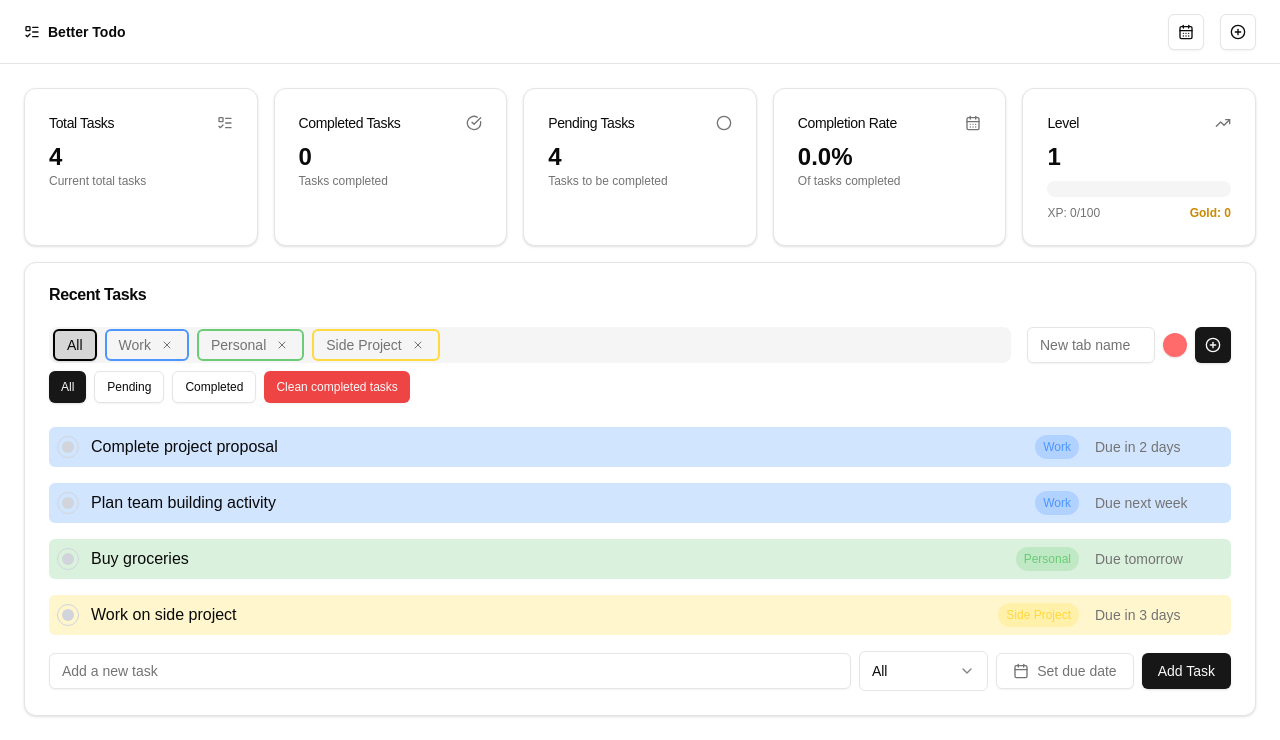
Repository: malikbarbier7/better-todo
Page: /dashboard
An editor plug-in stored every save of this project. The page is shown before and after the next save, followed by the edit.
The browser window is 1280 px wide. The pictures show the whole page.
The project was rebuilt for these pictures with package versions that can differ from the ones it lists, and the page was loaded fresh each time. The framework's server and built-in components were replaced by stand-ins that run in the browser. Also part of the build but not shown: next.config.js, next.config.mjs, components/ui/calendar.tsx.

Above is the page before, as saved 2024-10-04 14:47:21.

### app/dashboard/page.tsx
import { Dashboard } from '@/components/dashboard'

export default function DashboardPage() {
  return <Dashboard />
}

### components/dashboard.tsx
'use client'

import React from 'react'
import { Button } from "@/components/ui/button"
import { Card, CardContent, CardHeader, CardTitle } from "@/components/ui/card"
import { Input } from "@/components/ui/input"
import { Tabs, TabsContent, TabsList, TabsTrigger } from "@/components/ui/tabs"
import { CalendarDays, CheckCircle, Circle, ListTodo, PlusCircle, X, ChevronDown, TrendingUp, Calendar as CalendarIcon } from "lucide-react"
import { Progress } from "@/components/ui/progress"
import {
  Select,
  SelectContent,
  SelectItem,
  SelectTrigger,
  SelectValue,
} from "@/components/ui/select"
import { Calendar } from "@/components/ui/calendar"
import {
  Popover,
  PopoverContent,
  PopoverTrigger,
} from "@/components/ui/popover"
import { format } from "date-fns"
import { cn } from "@/lib/utils"

const pasteColors = [
  '#FF6B6B', // Rouge légèrement pâle
  '#4ECDC4', // Turquoise (bleu-vert) légèrement pâle
  '#FFD93D', // Jaune légèrement pâle
  '#6BCB77', // Vert légèrement pâle
  '#4D96FF', // Bleu légèrement pâle
  '#FF9A8B', // Orange-rose légèrement pâle
  '#9B59B6', // Violet légèrement pâle
  '#FF8C00', // Orange légèrement pâle
];

export function Dashboard() {
  const [tabs, setTabs] = React.useState([
    { name: 'All', color: '#000000' }, // Noir pour l'onglet "All"
    { name: 'Work', color: '#4D96FF' }, // Bleu pour Work
    { name: 'Personal', color: '#6BCB77' }, // Vert pour Personal
    { name: 'Side Project', color: '#FFD93D' } // Jaune pour Side Project
  ])
  const [activeTab, setActiveTab] = React.useState('All')
  const [newTabName, setNewTabName] = React.useState('')
  const [newTaskName, setNewTaskName] = React.useState('')
  const [newTaskSpace, setNewTaskSpace] = React.useState('All')
  const [newTaskDueDate, setNewTaskDueDate] = React.useState<Date | undefined>(undefined)
  const [tasks, setTasks] = React.useState({
    'All': [
      { id: 1, name: 'Complete project proposal', status: 'pending', category: 'Work', dueDate: 'Due in 2 days', xpGained: false },
      { id: 3, name: 'Plan team building activity', status: 'pending', category: 'Work', dueDate: 'Due next week', xpGained: false },
      { id: 4, name: 'Buy groceries', status: 'pending', category: 'Personal', dueDate: 'Due tomorrow', xpGained: false },
      { id: 5, name: 'Work on side project', status: 'pending', category: 'Side Project', dueDate: 'Due in 3 days', xpGained: false },
    ],
    'Work': [
      { id: 1, name: 'Complete project proposal', status: 'pending', category: 'Work', dueDate: 'Due in 2 days', xpGained: false },
      { id: 3, name: 'Plan team building activity', status: 'pending', category: 'Work', dueDate: 'Due next week', xpGained: false },
    ],
    'Personal': [
      { id: 4, name: 'Buy groceries', status: 'pending', category: 'Personal', dueDate: 'Due tomorrow', xpGained: false },
    ],
    'Side Project': [
      { id: 5, name: 'Work on side project', status: 'pending', category: 'Side Project', dueDate: 'Due in 3 days', xpGained: false },
    ],
  })

  const [taskFilter, setTaskFilter] = React.useState('all')
  const [level, setLevel] = React.useState(1)
  const [xp, setXp] = React.useState(0)
  const [gold, setGold] = React.useState(0)
  const [isDatePickerOpen, setIsDatePickerOpen] = React.useState(false);
  const [newTabColor, setNewTabColor] = React.useState(pasteColors[0])
  const [isColorPickerOpen, setIsColorPickerOpen] = React.useState(false)
  const [selectedTab, setSelectedTab] = React.useState<string | null>(null);
  const [deletedTasks, setDeletedTasks] = React.useState<Array<any>>([]);

  const handleAddTab = () => {
    if (newTabName && !tabs.some(tab => tab.name === newTabName)) {
      const newTab = { name: newTabName, color: newTabColor === '#000000' ? pasteColors[0] : newTabColor };
      setTabs([...tabs, newTab]);
      setTasks(prevTasks => ({ ...prevTasks, [newTabName]: [] }));
      setActiveTab(newTabName);
      setNewTaskSpace(newTabName);
      setNewTabName('');
      handleTabColorChange(newTabColor);
      setNewTabColor(pasteColors[0]);
    }
  }

  const handleRemoveTab = (tab: string) => {
    if (tab !== 'All') {
      const newTabs = tabs.filter(t => t.name !== tab)
      const { [tab]: removedTasks, ...restTasks } = tasks
      setTabs(newTabs)
      setTasks(restTasks)
      setActiveTab('All')
    }
  }

  const handleAddTask = (e: React.FormEvent) => {
    e.preventDefault()
    if (newTaskName) {
      const newTask = {
        id: Date.now(),
        name: newTaskName,
        status: 'pending',
        category: newTaskSpace === 'All' ? 'Uncategorized' : newTaskSpace,
        dueDate: newTaskDueDate ? format(newTaskDueDate, "PPP") : 'Not set',
        xpGained: false
      }
      setTasks(prevTasks => {
        const updatedTasks = { ...prevTasks };
        if (newTaskSpace !== 'All') {
          updatedTasks[newTaskSpace] = [...(updatedTasks[newTaskSpace] || []), newTask];
        }
        updatedTasks['All'] = [...updatedTasks['All'], newTask];
        return updatedTasks;
      })
      setNewTaskName('')
      setNewTaskDueDate(undefined)
    }
  }

  const handleTaskStatusChange = (taskId: string, newStatus: 'completed' | 'pending') => {
    let xpGained = false;
    setTasks(prevTasks => {
      const updatedTasks = { ...prevTasks };
      for (const category in updatedTasks) {
        updatedTasks[category] = updatedTasks[category].map(task => {
          if (task.id.toString() === taskId) {
            if (task.status === 'pending' && newStatus === 'completed' && !task.xpGained) {
              // Task is being completed for the first time
              if (!xpGained) {
                gainXP(10);
                gainGold();
                xpGained = true;
              }
              return {
                ...task,
                status: newStatus,
                xpGained: true, // Mark that XP has been gained for this task
                dueDate: `Completed ${format(new Date(), "MMMM do, yyyy")}`
              };
            } else if (newStatus === 'pending') {
              // If the task is set back to pending, reset the completion date but keep xpGained
              return { ...task, status: newStatus, dueDate: 'Not set' };
            }
            // For all other cases, just update the status
            return { ...task, status: newStatus };
          }
          return task;
        }).sort((a, b) => {
          if (a.status === 'pending' && b.status === 'completed') return -1;
          if (a.status === 'completed' && b.status === 'pending') return 1;
          return 0;
        });
      }
      return updatedTasks;
    });
  };

  const gainXP = (amount: number) => {
    setXp(prevXP => {
      let newXP = prevXP + amount;
      let newLevel = level;
      while (newXP >= 100) {
        newXP -= 100;
        newLevel += 1;
      }
      setLevel(newLevel);
      return newXP;
    });
  };

  const gainGold = () => {
    const goldEarned = Math.floor(Math.random() * 5) + 1; // Génère un nombre entre 1 et 5
    setGold(prevGold => prevGold + goldEarned);
  };

  // Calculer le nombre total de tâches
  const totalTasks = tasks['All'].length;

  // Calculer le nombre de tâches complétées
  const completedTasks = tasks['All'].filter(task => task.status === 'completed').length;

  // Calculer le nombre de tâches en attente
  const pendingTasks = totalTasks - completedTasks;

  // Calculer le taux de complétion
  const completionRate = totalTasks > 0 ? ((completedTasks / totalTasks) * 100).toFixed(1) : '0.0';

  const filteredTasks = React.useMemo(() => {
    return (tasks[activeTab] || [])
      .filter(task => {
        if (taskFilter === 'all') return true;
        if (taskFilter === 'pending') return task.status === 'pending';
        if (taskFilter === 'completed') return task.status === 'completed';
        return true;
      })
      .sort((a, b) => {
        // Trier les tâches : pendantes en haut, complétées en bas
        if (a.status === 'pending' && b.status === 'completed') return -1;
        if (a.status === 'completed' && b.status === 'pending') return 1;
        return 0;
      });
  }, [tasks, activeTab, taskFilter]);

  // Mettre à jour newTaskSpace quand activeTab change
  React.useEffect(() => {
    setNewTaskSpace(activeTab);
  }, [activeTab]);

  const handleDateSelect = (date: Date | undefined) => {
    setNewTaskDueDate(date);
    setIsDatePickerOpen(false);
  };

  const handleTabColorChange = (color: string) => {
    if (selectedTab && selectedTab !== 'All') {
      setTabs(prevTabs =>
        prevTabs.map(tab =>
          tab.name === selectedTab ? { ...tab, color } : tab
        )
      );
      setIsColorPickerOpen(false);
    }
  };

  const handleCleanCompleted = () => {
    setTasks(prevTasks => {
      const updatedTasks = { ...prevTasks };
      for (const category in updatedTasks) {
        const completedTasks = updatedTasks[category].filter(task => task.status === 'completed');
        setDeletedTasks(prev => [...prev, ...completedTasks]);
        updatedTasks[category] = updatedTasks[category].filter(task => task.status !== 'completed');
      }
      return updatedTasks;
    });
  };

  return (
    <div className="flex flex-col min-h-screen">
      <header className="flex items-center h-16 px-4 border-b shrink-0 md:px-6">
        <nav className="flex-1">
          <ul className="flex items-center gap-4 text-sm font-medium">
            <li className="flex items-center gap-2">
              <ListTodo className="w-4 h-4" />
              <span className="font-bold">Better Todo</span>
            </li>
          </ul>
        </nav>
        <div className="flex items-center gap-4 md:gap-2 lg:gap-4">
          <Button variant="outline" size="icon">
            <CalendarDays className="w-4 h-4" />
            <span className="sr-only">View calendar</span>
          </Button>
          <Button variant="outline" size="icon">
            <PlusCircle className="w-4 h-4" />
            <span className="sr-only">Create new task</span>
          </Button>
        </div>
      </header>
      <main className="flex-1 overflow-auto p-4 md:p-6">
        <div className="grid gap-4 md:grid-cols-3 lg:grid-cols-5">
          <Card>
            <CardHeader className="flex flex-row items-center justify-between pb-2 space-y-0">
              <CardTitle className="text-sm font-medium">Total Tasks</CardTitle>
              <ListTodo className="w-4 h-4 text-muted-foreground" />
            </CardHeader>
            <CardContent>
              <div className="text-2xl font-bold">{totalTasks}</div>
              <p className="text-xs text-muted-foreground">Current total tasks</p>
            </CardContent>
          </Card>
          <Card>
            <CardHeader className="flex flex-row items-center justify-between pb-2 space-y-0">
              <CardTitle className="text-sm font-medium">Completed Tasks</CardTitle>
              <CheckCircle className="w-4 h-4 text-muted-foreground" />
            </CardHeader>
            <CardContent>
              <div className="text-2xl font-bold">{completedTasks}</div>
              <p className="text-xs text-muted-foreground">Tasks completed</p>
            </CardContent>
          </Card>
          <Card>
            <CardHeader className="flex flex-row items-center justify-between pb-2 space-y-0">
              <CardTitle className="text-sm font-medium">Pending Tasks</CardTitle>
              <Circle className="w-4 h-4 text-muted-foreground" />
            </CardHeader>
            <CardContent>
              <div className="text-2xl font-bold">{pendingTasks}</div>
              <p className="text-xs text-muted-foreground">Tasks to be completed</p>
            </CardContent>
          </Card>
          <Card>
            <CardHeader className="flex flex-row items-center justify-between pb-2 space-y-0">
              <CardTitle className="text-sm font-medium">Completion Rate</CardTitle>
              <CalendarDays className="w-4 h-4 text-muted-foreground" />
            </CardHeader>
            <CardContent>
              <div className="text-2xl font-bold">{completionRate}%</div>
              <p className="text-xs text-muted-foreground">Of tasks completed</p>
            </CardContent>
          </Card>
          <Card>
            <CardHeader className="flex flex-row items-center justify-between pb-2 space-y-0">
              <CardTitle className="text-sm font-medium">Level</CardTitle>
              <TrendingUp className="w-4 h-4 text-muted-foreground" />
            </CardHeader>
            <CardContent>
              <div className="text-2xl font-bold">{level}</div>
              <Progress value={(xp / 100) * 100} className="mt-2" />
              <div className="flex justify-between items-center mt-2">
                <p className="text-xs text-muted-foreground">XP: {xp}/100</p>
                <p className="text-xs font-semibold text-yellow-600">Gold: {gold}</p>
              </div>
            </CardContent>
          </Card>
        </div>
        <Card className="mt-4">
          <CardHeader>
            <CardTitle>Recent Tasks</CardTitle>
          </CardHeader>
          <CardContent>
            <Tabs value={activeTab} onValueChange={(value) => {
              setActiveTab(value);
              setNewTaskSpace(value); // Mettre  jour newTaskSpace ici aussi
            }} className="w-full">
              <div className="flex flex-col">
                <div className="mb-4">
                  <div className="flex justify-between items-center">
                    <TabsList className="flex-grow justify-start">
                      {tabs.map((tab) => (
                        <TabsTrigger
                          key={tab.name}
                          value={tab.name}
                          className="flex items-center border-2 mx-1 first:ml-0 last:mr-0"
                          style={{
                            borderColor: tab.color,
                            backgroundColor: activeTab === tab.name ? `${tab.color}20` : 'transparent'
                          }}
                          onClick={() => setSelectedTab(tab.name)}
                        >
                          {tab.name}
                          {tab.name !== 'All' && (
                            <Button
                              variant="ghost"
                              size="icon"
                              className="ml-2 h-4 w-4"
                              onClick={(e) => {
                                e.stopPropagation()
                                handleRemoveTab(tab.name)
                              }}
                            >
                              <X className="h-3 w-3" />
                            </Button>
                          )}
                        </TabsTrigger>
                      ))}
                    </TabsList>
                    <div className="flex items-center space-x-2 ml-4">
                      <form onSubmit={(e) => {
                        e.preventDefault();
                        handleAddTab();
                      }}>
                        <Input
                          placeholder="New tab name"
                          value={newTabName}
                          onChange={(e) => setNewTabName(e.target.value)}
                          className="w-32"
                        />
                      </form>
                      <Popover open={isColorPickerOpen} onOpenChange={setIsColorPickerOpen}>
                        <PopoverTrigger asChild>
                          <Button
                            style={{ backgroundColor: selectedTab && selectedTab !== 'All' ? tabs.find(t => t.name === selectedTab)?.color : newTabColor }}
                            className="w-6 h-6 rounded-full p-0"
                            onClick={() => setIsColorPickerOpen(true)}
                            disabled={selectedTab === 'All'}
                          />
                        </PopoverTrigger>
                        <PopoverContent className="w-auto p-1">
                          <div className="grid grid-cols-4 gap-1">
                            {pasteColors.map((color) => (
                              <Button
                                key={color}
                                style={{ backgroundColor: color }}
                                className="w-5 h-5 rounded-full p-0"
                                onClick={() => {
                                  if (selectedTab && selectedTab !== 'All') {
                                    handleTabColorChange(color);
                                  } else {
                                    setNewTabColor(color);
                                    setIsColorPickerOpen(false);
                                  }
                                }}
                              />
                            ))}
                          </div>
                        </PopoverContent>
                      </Popover>
                      <Button onClick={handleAddTab} size="icon">
                        <PlusCircle className="h-4 w-4" />
                      </Button>
                    </div>
                  </div>
                  <div className="flex justify-start mt-2">
                    <div className="flex items-center space-x-2">
                      <Button
                        size="sm"
                        variant={taskFilter === 'all' ? 'default' : 'outline'}
                        onClick={() => setTaskFilter('all')}
                      >
                        All
                      </Button>
                      <Button
                        size="sm"
                        variant={taskFilter === 'pending' ? 'default' : 'outline'}
                        onClick={() => setTaskFilter('pending')}
                      >
                        Pending
                      </Button>
                      <Button
                        size="sm"
                        variant={taskFilter === 'completed' ? 'default' : 'outline'}
                        onClick={() => setTaskFilter('completed')}
                      >
                        Completed
                      </Button>
                      <Button
                        size="sm"
                        variant="destructive"
                        onClick={handleCleanCompleted}
                      >
                        Clean completed tasks
                      </Button>
                    </div>
                  </div>
                </div>
                <div>
                  {tabs.map((tab) => (
                    <TabsContent key={tab.name} value={tab.name}>
                      <div className="space-y-4">
                        {filteredTasks.map((task) => (
                          <div
                            key={task.id}
                            className="flex items-center p-2 rounded-md"
                            style={{
                              backgroundColor: tabs.find(tab => tab.name === task.category)?.color + '40'
                            }}
                          >
                            <div className="relative">
                              {task.status === 'completed' ? (
                                <button
                                  className="p-1 bg-green-500 text-white rounded-full"
                                  onClick={() => handleTaskStatusChange(task.id.toString(), 'pending')}
                                >
                                  <CheckCircle className="w-3 h-3" />
                                </button>
                              ) : (
                                <button
                                  className="p-1 border border-gray-300 rounded-full flex items-center justify-center"
                                  onClick={() => handleTaskStatusChange(task.id.toString(), 'completed')}
                                >
                                  <div className="w-3 h-3 bg-gray-300 rounded-full"></div>
                                </button>
                              )}
                            </div>
                            <div className="flex items-center w-full">
                              <span className={`ml-3 flex-1 ${task.status === 'completed' ? 'line-through' : ''}`}>
                                {task.name}
                              </span>
                              <div className="flex items-center justify-end space-x-4 min-w-[300px]">
                                <span
                                  className="text-xs px-2 py-1 rounded-full"
                                  style={{
                                    backgroundColor: tabs.find(tab => tab.name === task.category)?.color + '40',
                                    color: tabs.find(tab => tab.name === task.category)?.color
                                  }}
                                >
                                  {task.category}
                                </span>
                                <span className="text-sm text-muted-foreground w-32">{task.dueDate}</span>
                              </div>
                            </div>
                          </div>
                        ))}
                      </div>
                      <form onSubmit={handleAddTask} className="mt-4 flex items-center space-x-2">
                        <Input
                          placeholder="Add a new task"
                          value={newTaskName}
                          onChange={(e) => setNewTaskName(e.target.value)}
                          className="flex-grow"
                        />
                        <Select
                          value={tabs.some(tab => tab.name === newTaskSpace) ? newTaskSpace : 'All'}
                          onValueChange={setNewTaskSpace}
                        >
                          <SelectTrigger className="w-[180px]">
                            <SelectValue placeholder="Select space" />
                          </SelectTrigger>
                          <SelectContent>
                            {tabs.map((tab) => (
                              <SelectItem key={tab.name} value={tab.name}>{tab.name}</SelectItem>
                            ))}
                          </SelectContent>
                        </Select>
                        <Popover open={isDatePickerOpen} onOpenChange={setIsDatePickerOpen}>
                          <PopoverTrigger asChild>
                            <Button
                              variant={"outline"}
                              className={cn(
                                "w-[180px] justify-start text-left font-normal",
                                !newTaskDueDate && "text-muted-foreground"
                              )}
                              onClick={() => setIsDatePickerOpen(true)}
                            >
                              <CalendarIcon className="mr-2 h-4 w-4" />
                              {newTaskDueDate ? format(newTaskDueDate, "PPP") : <span>Set due date</span>}
                            </Button>
                          </PopoverTrigger>
                          <PopoverContent className="w-auto p-0">
                            <Calendar
                              mode="single"
                              selected={newTaskDueDate}
                              onSelect={handleDateSelect}
                              initialFocus
                            />
                          </PopoverContent>
                        </Popover>
                        <Button type="submit">Add Task</Button>
                      </form>
                    </TabsContent>
                  ))}
                </div>
              </div>
            </Tabs>
          </CardContent>
        </Card>
      </main>
    </div>
  )
}

Loaded but not shown: app/layout.tsx (common file); app/globals.css (common file); lib/utils.ts (common file); tailwind.config.ts (common file); components/ui/select.tsx (121 lines, source omitted); components/ui/tabs.tsx (55 lines, source omitted); components/ui/card.tsx (76 lines, source omitted); components/ui/button.tsx (57 lines, source omitted); components/ui/popover.tsx (33 lines, source omitted); components/ui/input.tsx (25 lines, source omitted); components/ui/progress.tsx (28 lines, source omitted)

After the next save:
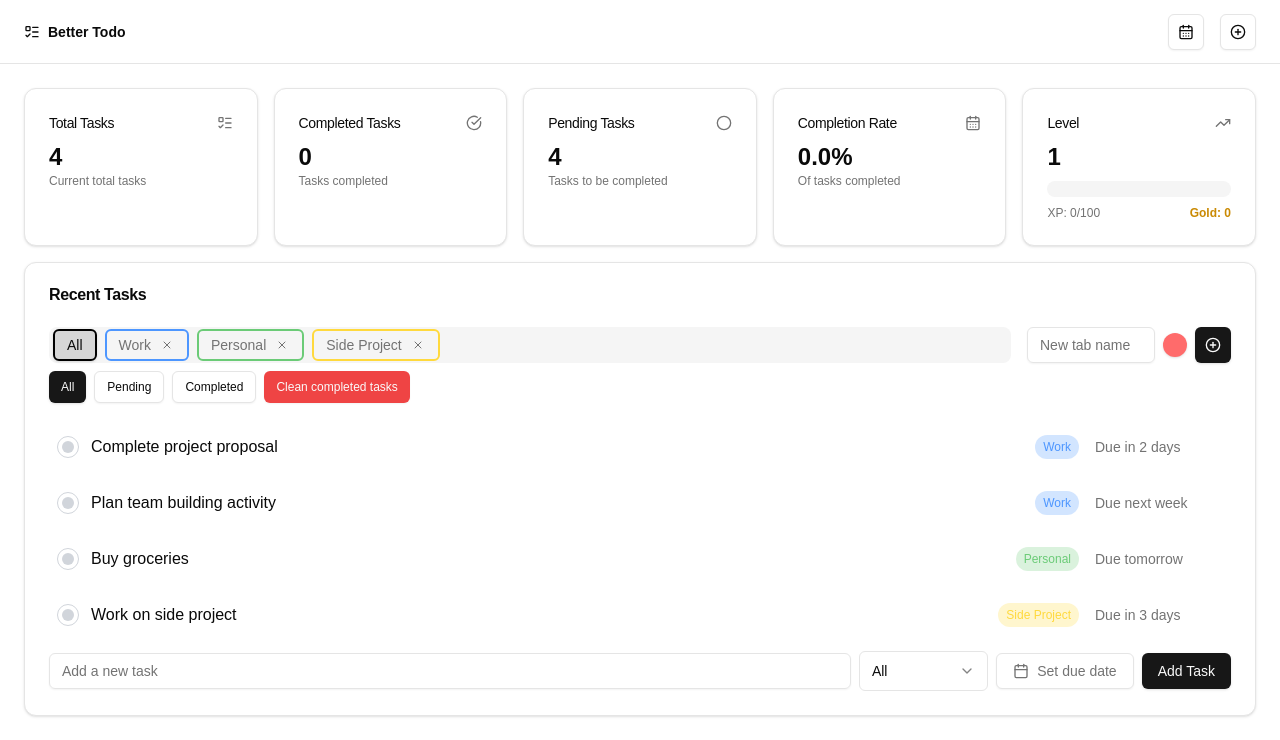
Saved 49 s later.
--- a/components/dashboard.tsx
+++ b/components/dashboard.tsx
@@ -446,9 +446,6 @@ export function Dashboard() {
                           <div
                             key={task.id}
                             className="flex items-center p-2 rounded-md"
-                            style={{
-                              backgroundColor: tabs.find(tab => tab.name === task.category)?.color + '40'
-                            }}
                           >
                             <div className="relative">
                               {task.status === 'completed' ? (
